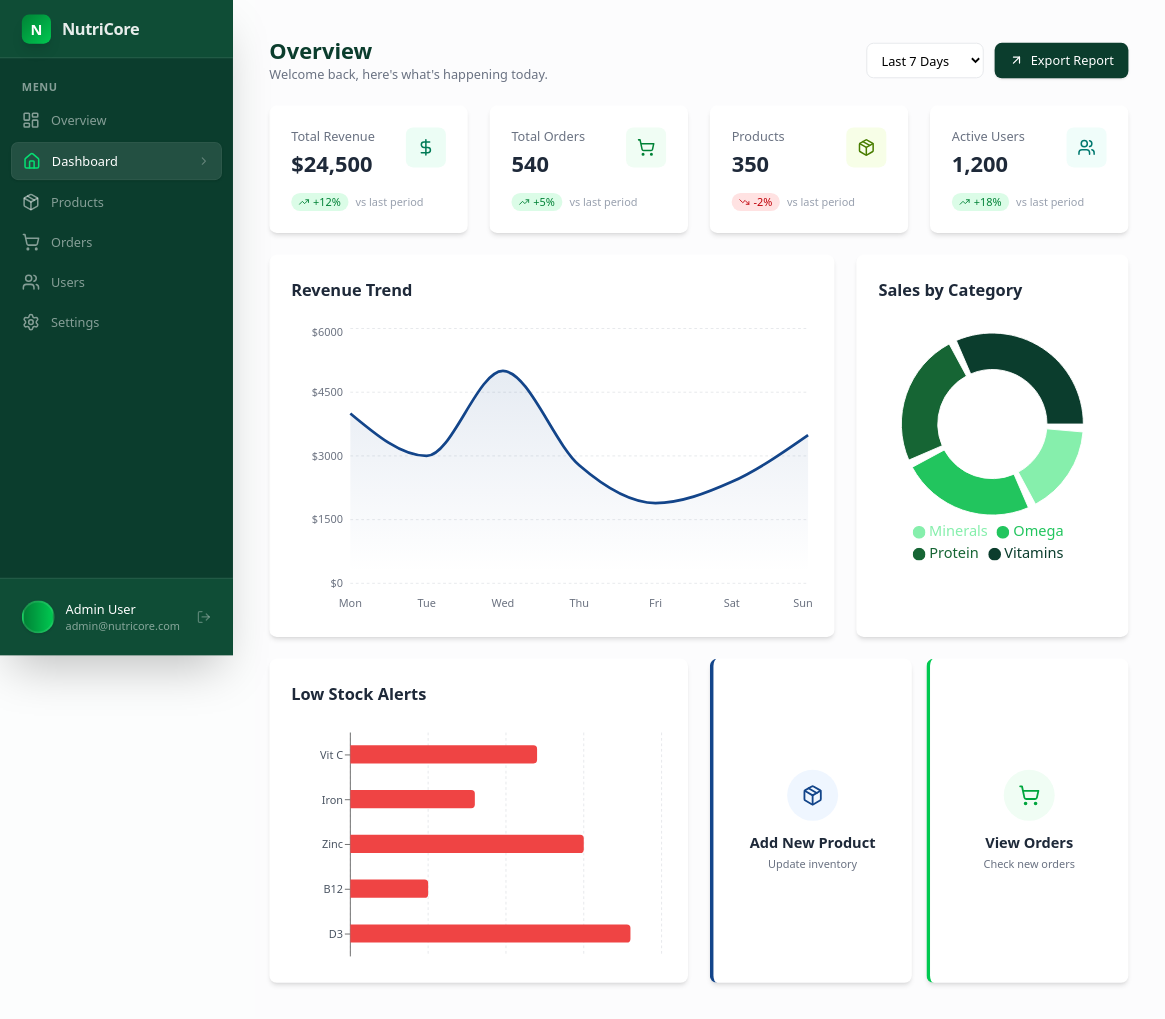
Repository: A-Nawaz512/NutriCore
Page: /admin/dashboard (app in frontend/)
An editor plug-in stored every save of this project. The page is shown before and after a run of saves, followed by the edit.
The browser window is 1280 px wide. The pictures show the whole page, at 91% of full size.
The project was rebuilt for these pictures with package versions that can differ from the ones it lists, and the page was loaded fresh each time. Also part of the build but not shown: frontend/vite.config.ts, frontend/src/shared/components/ui/Button.tsx, frontend/src/shared/components/ui/Badge.tsx, frontend/src/shared/components/layout/Header.tsx, frontend/src/shared/components/layout/Footer.tsx, frontend/src/shared/components/layout/MainLayout.tsx.

Above is the page before, as saved 2026-02-18 21:08:21.

After the next 2 saves:
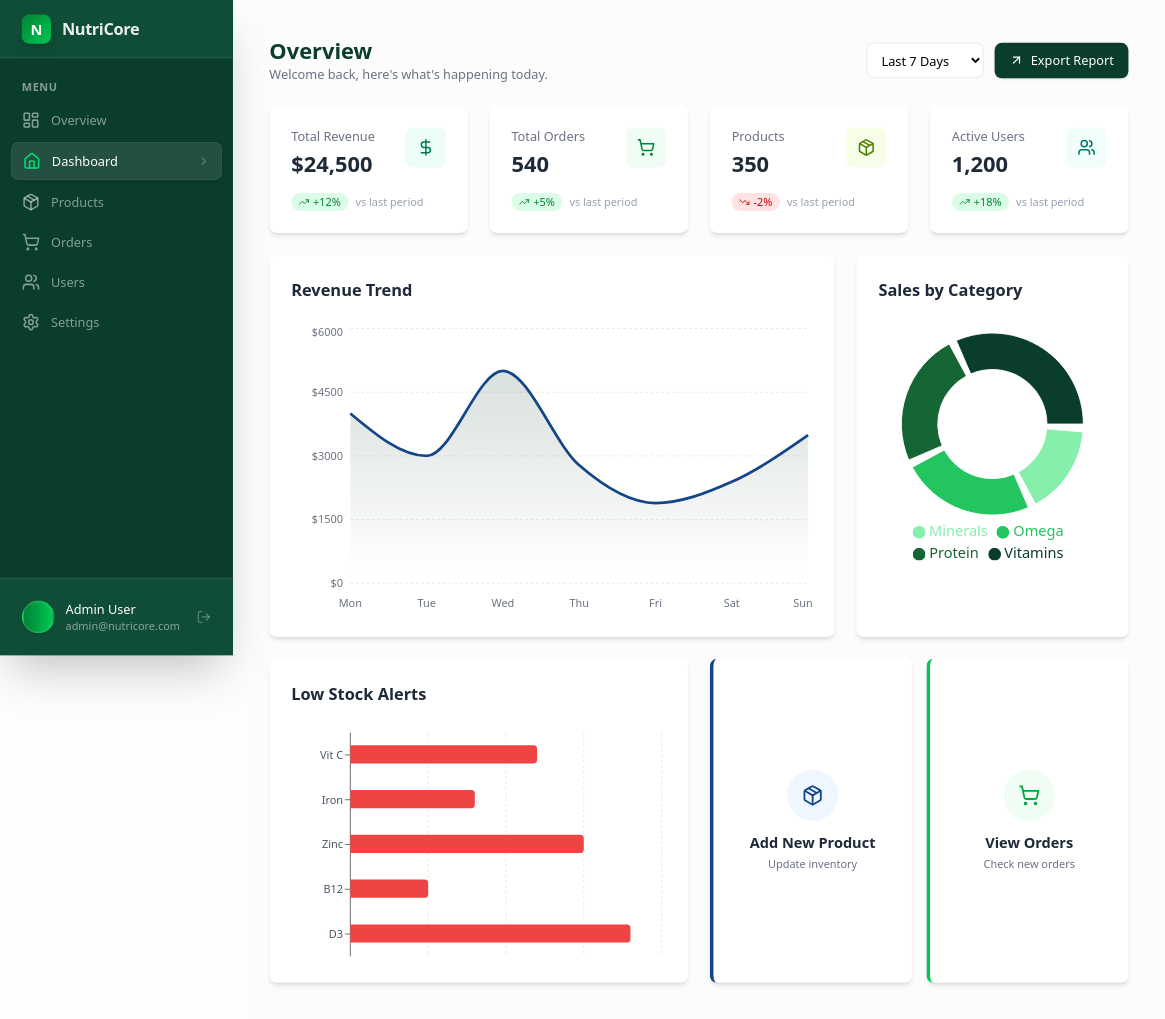
The 2 saves are shown as one change because they came seconds apart.
The last was saved 23 s later.
--- a/frontend/src/features/admin/pages/DashboardPage.tsx
+++ b/frontend/src/features/admin/pages/DashboardPage.tsx
@@ -54,40 +54,40 @@ const stockData = [
 const COLORS = ["#0b3d2d", "#166534", "#22c55e", "#86efac"]
 
 const DashboardPage: FC = () => {
- const stats = [
-  {
-    title: "Total Revenue",
-    value: "$24,500",
-    trend: "+12%",
-    icon: DollarSign,
-    color: "bg-emerald-50 text-emerald-700",
-    trendUp: true
-  },
-  {
-    title: "Total Orders",
-    value: "540",
-    trend: "+5%",
-    icon: ShoppingCart,
-    color: "bg-green-50 text-green-700",
-    trendUp: true
-  },
-  {
-    title: "Products",
-    value: "350",
-    trend: "-2%",
-    icon: Package,
-    color: "bg-lime-50 text-lime-700",
-    trendUp: false
-  },
-  {
-    title: "Active Users",
-    value: "1,200",
-    trend: "+18%",
-    icon: Users,
-    color: "bg-teal-50 text-teal-700",
-    trendUp: true
-  },
-]
+  const stats = [
+    {
+      title: "Total Revenue",
+      value: "$24,500",
+      trend: "+12%",
+      icon: DollarSign,
+      color: "bg-emerald-50 text-emerald-700",
+      trendUp: true
+    },
+    {
+      title: "Total Orders",
+      value: "540",
+      trend: "+5%",
+      icon: ShoppingCart,
+      color: "bg-green-50 text-green-700",
+      trendUp: true
+    },
+    {
+      title: "Products",
+      value: "350",
+      trend: "-2%",
+      icon: Package,
+      color: "bg-lime-50 text-lime-700",
+      trendUp: false
+    },
+    {
+      title: "Active Users",
+      value: "1,200",
+      trend: "+18%",
+      icon: Users,
+      color: "bg-teal-50 text-teal-700",
+      trendUp: true
+    },
+  ]
 
   return (
     <div className="space-y-6 animate-fade-in">
@@ -98,7 +98,7 @@ const DashboardPage: FC = () => {
           <p className="text-gray-500 text-sm">Welcome back, here's what's happening today.</p>
         </div>
         <div className="flex gap-3">
-         <select className="bg-white border border-gray-200 rounded-lg px-3 py-2 text-sm focus:outline-none focus:ring-2 focus:ring-[#0b3d2d]/20">
+          <select className="bg-white border border-gray-200 rounded-lg px-3 py-2 text-sm focus:outline-none focus:ring-2 focus:ring-[#0b3d2d]/20">
             <option>Last 7 Days</option>
             <option>Last 30 Days</option>
             <option>This Month</option>
@@ -144,8 +144,8 @@ const DashboardPage: FC = () => {
               <AreaChart data={revenueData}>
                 <defs>
                   <linearGradient id="colorRevenue" x1="0" y1="0" x2="0" y2="1">
-                    <stop offset="5%" stopColor="#13458A" stopOpacity={0.1} />
-                    <stop offset="95%" stopColor="#13458A" stopOpacity={0} />
+                    <stop offset="5%" stopColor="#0b3d2d" stopOpacity={0.15} />
+                    <stop offset="95%" stopColor="#0b3d2d" stopOpacity={0} />
                   </linearGradient>
                 </defs>
                 <CartesianGrid strokeDasharray="3 3" vertical={false} stroke="#E5E7EB" />
